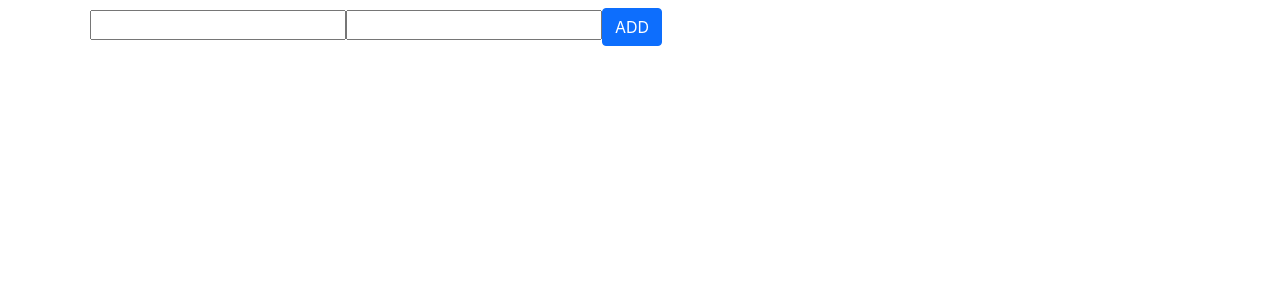
Repository: tsydikov/phone_book
Page: /
An editor plug-in stored every save of this project. The page is shown before and after a run of saves, followed by the edit.
The browser window is 1280 px wide. The pictures show the whole page.
The project was rebuilt for these pictures with package versions that can differ from the ones it lists, and the page was loaded fresh each time. Also part of the build but not shown: src/App.css.

Above is the page before, as saved 2021-10-07 18:11:40.

### public/index.html
<!DOCTYPE html>
<html lang="en">
  <head>
    <meta charset="utf-8" />
    <meta name="viewport" content="width=device-width, initial-scale=1" />
    <meta name="theme-color" content="#000000" />
    <link
      rel="stylesheet"
      href="https://cdn.jsdelivr.net/npm/bootstrap@5.1.1/dist/css/bootstrap.min.css"
      integrity="sha384-F3w7mX95PdgyTmZZMECAngseQB83DfGTowi0iMjiWaeVhAn4FJkqJByhZMI3AhiU"
      crossorigin="anonymous"
    />
    <title>Briz test</title>
  </head>
  <body>
    <noscript>You need to enable JavaScript to run this app.</noscript>
    <div id="root"></div>
  </body>
</html>

### src/App.js
import React from "react";
import { Button, Col, Container, Row } from "react-bootstrap";
import "./App.css";

function App() {
  return (
    <Container>
      <Row>
        <Col className="m-2">
        <input /><input /><Button>ADD</Button>
        </Col>
      </Row>
    </Container>
  );
}

export default App;

Loaded but not shown: src/index.js (common file); src/index.css (common file)

After the next 2 saves:
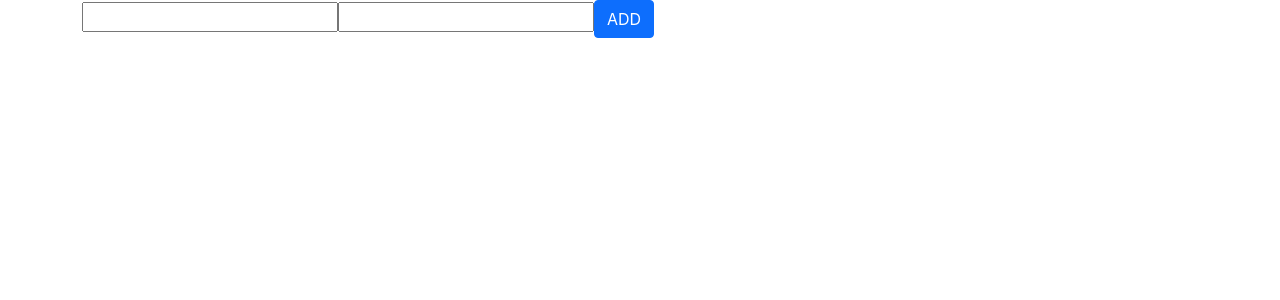
The 2 saves are shown as one change because they came seconds apart.
The last was saved 19 s later.
--- a/src/App.js
+++ b/src/App.js
@@ -6,7 +6,7 @@ function App() {
   return (
     <Container>
       <Row>
-        <Col className="m-2">
+        <Col>
         <input /><input /><Button>ADD</Button>
         </Col>
       </Row>
